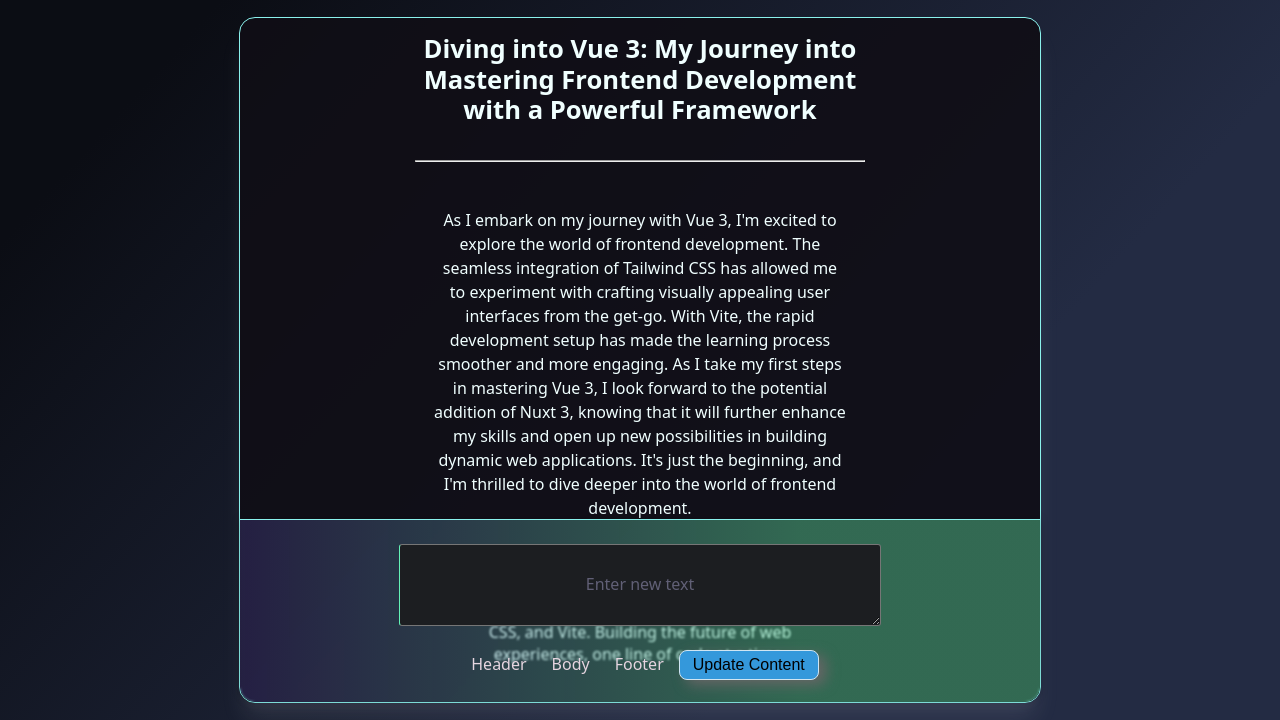
Repository: Freezler/AnnounceCraft
Page: index.html
An editor plug-in stored every save of this project. The page is shown before and after the next save, followed by the edit.
The browser window is 1280 px wide. The pictures show the whole page.

Above is the page before, as saved 2024-01-22 14:34:18.

After the next save:
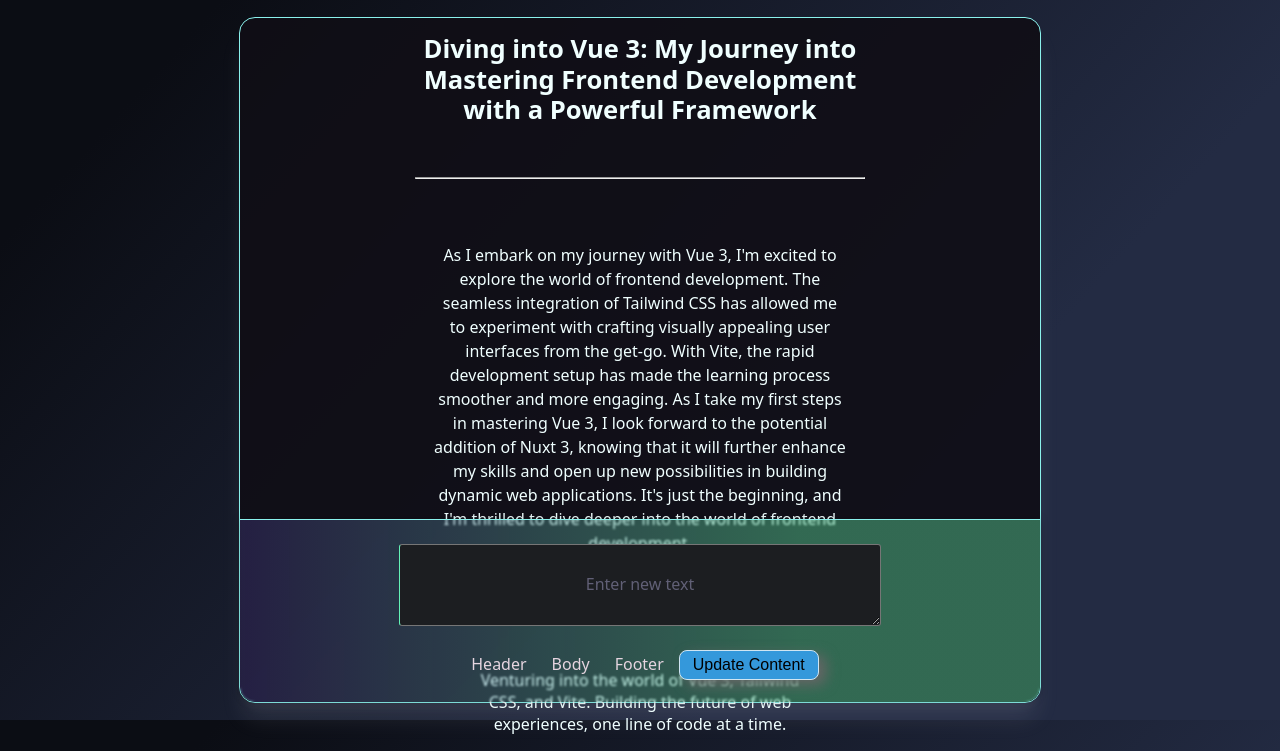
Saved 5 s later.
--- a/style.css
+++ b/style.css
@@ -107,7 +107,7 @@
 .content {
     display: flex;
     flex-direction: column;
-    gap: clamp(0.9rem, 2vw, 0.8rem);
+    gap: clamp(2rem, 2vw, 0.8rem);
     width: 60vw;
     ;
 }
